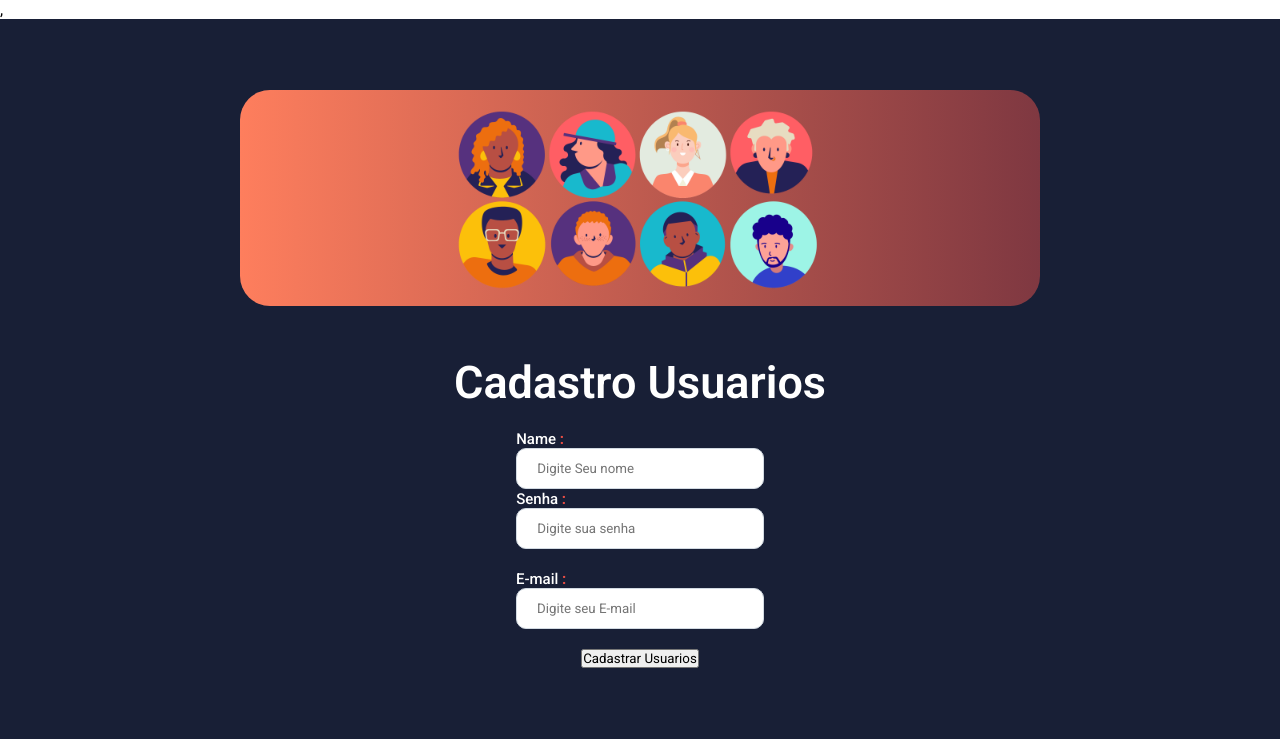
Repository: lcluizrj/meu-projeto-vscode
Page: / (app in cadastro-usuarios-devclub/)
The author's editor kept a copy of each file at every save. The page is drawn from the files as they stood at one save, then again after a run of saves.
The browser window is 1280 px wide. The pictures show the whole page.
The project was rebuilt for these pictures with package versions that can differ from the ones it lists, and the page was loaded fresh each time. Also part of the build but not shown: cadastro-usuarios-devclub/vite.config.js.

Above is the page before, as saved 2026-08-15 17:25:20.

### cadastro-usuarios-devclub/index.html
<!doctype html>
<html lang="en">
  <head>
    <meta charset="UTF-8" />
    <link rel="icon" type="image/svg+xml" href="/favicon.svg" />
    <meta name="viewport" content="width=device-width, initial-scale=1.0" />
    <title>cadastro-usuarios-devclub</title>
    <link rel="preconnect" href="https://fonts.googleapis.com">
    <link rel="preconnect" href="https://fonts.gstatic.com" crossorigin>
    <link href="https://fonts.googleapis.com/css2?family=Poppins:wght@300;600&family=Roboto:ital,wght@0,100..900;1,100..900&display=swap" rel="stylesheet">
  </head>
  <body>
    <div id="root"></div>
    <script type="module" src="/src/main.jsx"></script>
  </body>
</html>

### cadastro-usuarios-devclub/src/main.jsx
import React from 'react'
import ReactDOM from 'react-dom/client'
import {GlobalStyles} from './styles/GlobalStyles.js'
import App from './App.jsx'

ReactDOM.createRoot(document.getElementById('root')).render(
  <React.StrictMode>
    <GlobalStyles/>,
    <App />
  </React.StrictMode>,
)

### cadastro-usuarios-devclub/src/styles/GlobalStyles.js
import { createGlobalStyle } from 'styled-components';

export const GlobalStyles = createGlobalStyle`
      *{
        margin: 0;
        padding:0;
        box-sizing:border-box;
        font-family: "Roboto", sans-serif;
       }

`

### cadastro-usuarios-devclub/src/App.jsx
import {Title, Container, Topbackground, Form, ContainerInputs, InputLabel, Input, Button} from "./styles"

import UsersImage from './assets/users.png'

function Home() {

return (
  <Container>
    <Topbackground>
      <img src={UsersImage} alt="Imagens-Usuarios" />
    </Topbackground>

    <Form>
      <Title> Cadastro Usuarios </Title>
      <ContainerInputs>

         <div>
         <InputLabel>
         Name <span>: </span>
         </InputLabel>
         <Input type="text" placeholder="Digite Seu nome" />
         </div>

         <div>
         <InputLabel >
          Senha <span>: </span>
          </InputLabel>
         <Input type="number" placeholder="Digite sua senha"/>
         </div>


      </ContainerInputs>
         <div>
         <InputLabel >
          E-mail <span>: </span>
          </InputLabel>
         <Input type="e-mail" placeholder="Digite seu E-mail"/>
         </div>

         <Button>Cadastrar Usuarios</Button>
    </Form>


  </Container>
)

}

export default Home

### cadastro-usuarios-devclub/src/styles.js
import styled from 'styled-components'

export const Container = styled.div `
      background-color: #181f36;
      display: flex;
      flex-direction: column;
      align-items: center;
      justify-content: space-evenly;
      padding: 20px;
      height: 100vh;
`

export const Topbackground= styled.div`
      display: flex;
      align-items: center;
      justify-content: center;
      background:linear-gradient(to right, #fe7e5d,#7f3841) ;
      height: 30vh;
      width: 90vw;
      max-width: 800px;
      border-radius: 30px;

img{
      max-width: 100%;
      max-height: 100%;
   }
`

export const Form = styled.form`
      display: flex;
      flex-direction: column;
      align-items: center;
      gap: 20px;
      max-width: 500px;

`
export const Title = styled.h2 `
      color:#fff ;
      text-align: center;
      font-size: 45px;
      font-style: normal;
      font-weight: 600;


`

export const ContainerInputs = styled.div``

export const Input = styled.input`
      border-radius: 10px;
      border: 1px solid #d2dae2;
      background-color: #fff;
      padding: 12px 20px;
      outline: none;
      width: 100%;
`

export const InputLabel = styled.label`
     color: #fff;
     font-size: 15px;
     font-weight: 500;
     span {
        color: #ef4f45;
        font-weight: bold;
     }

`

export const Button = styled.button ``

After the next 3 saves:
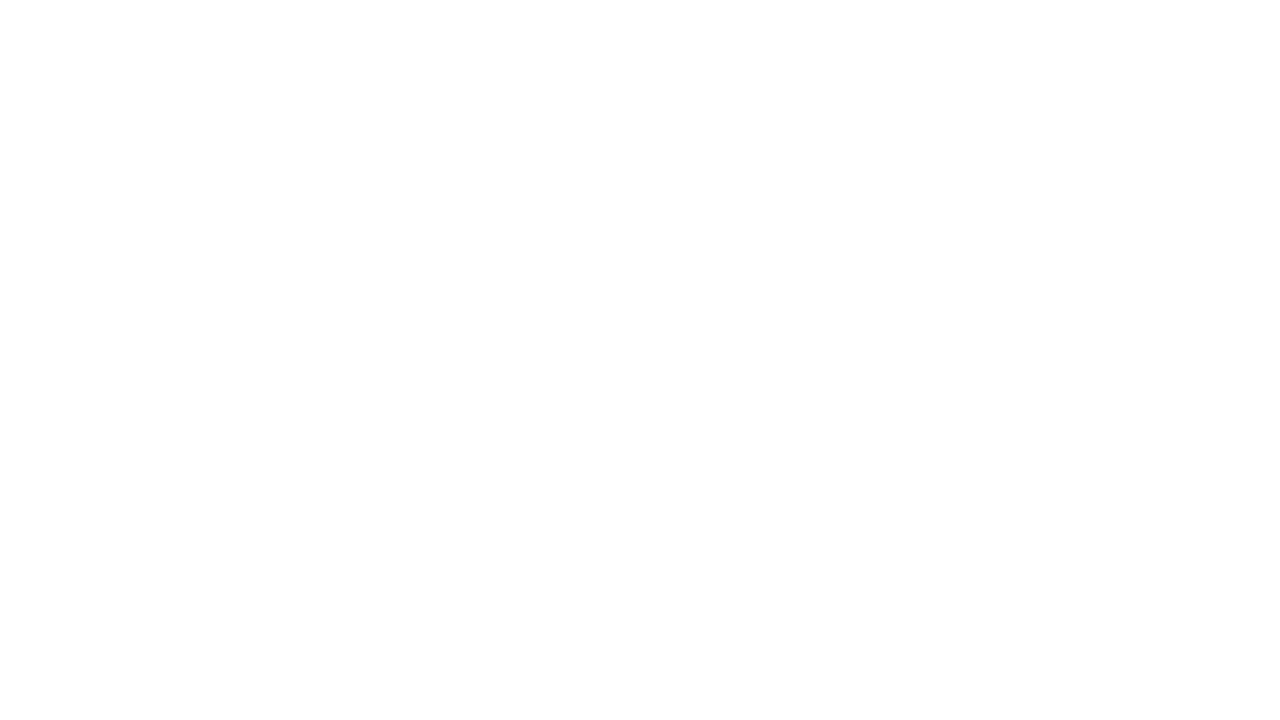
Console error: ReferenceError: wid is not defined
The 3 saves are shown as one change because they came seconds apart.
The last was saved 55 s later.
--- a/cadastro-usuarios-devclub/src/App.jsx
+++ b/cadastro-usuarios-devclub/src/App.jsx
@@ -30,7 +30,7 @@
 
 
       </ContainerInputs>
-         <div>
+         <div style={{wid}}>
          <InputLabel >
           E-mail <span>: </span>
           </InputLabel>

After the 4 saves that followed:
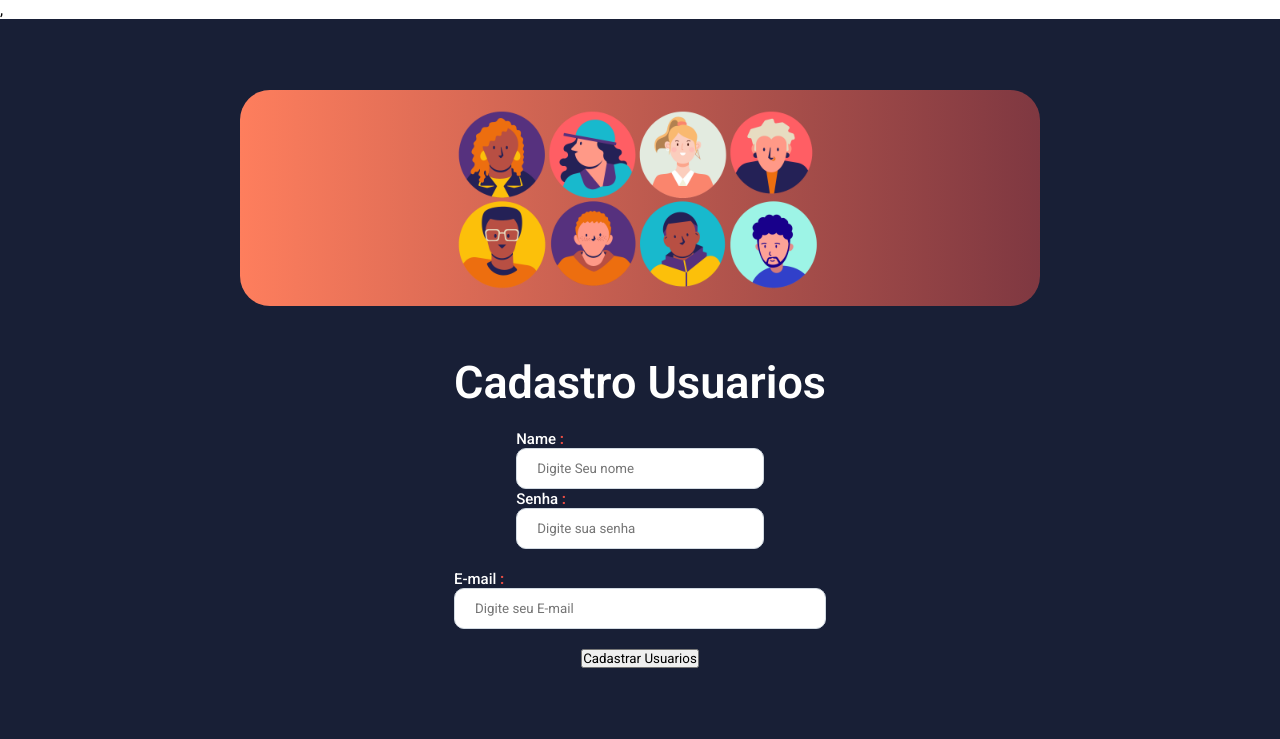
The error is gone.
The 4 saves are shown as one change because 2 did not build or start and some came seconds apart.
The last was saved 19 s later.
--- a/cadastro-usuarios-devclub/src/App.jsx
+++ b/cadastro-usuarios-devclub/src/App.jsx
@@ -30,7 +30,7 @@
 
 
       </ContainerInputs>
-         <div style={{wid}}>
+         <div style={{width: '100%'}}>
          <InputLabel >
           E-mail <span>: </span>
           </InputLabel>
